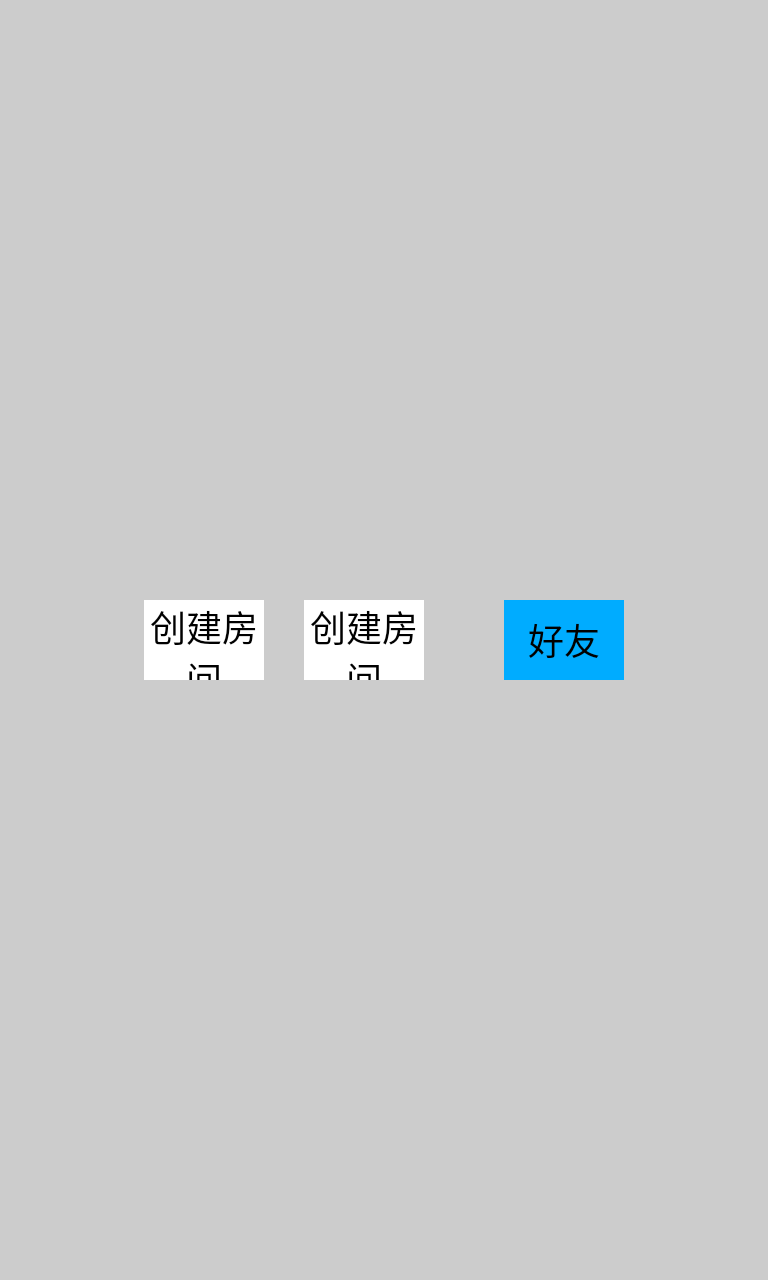
Repository: fanloveoupao/WecharTest
Layout: TestWechar/res/layout/addfriedsorroom.xml
These files come from the project's save history. The layout is drawn as it stood at one moment and after the next save; the edit follows.
It is drawn on a 768 x 1280 px phone screen (xhdpi) without system bars, with theme AppTheme; the app's code is not run.

Above is the layout before, as saved 2015-10-08 01:08:33.

### TestWechar/res/layout/addfriedsorroom.xml
<?xml version="1.0" encoding="utf-8"?>
<LinearLayout xmlns:android="http://schemas.android.com/apk/res/android"
    android:layout_width="match_parent"
    android:layout_height="match_parent"
    android:layout_gravity="center"
    android:background="#CCCCCC"
    android:orientation="vertical" >

    <LinearLayout
        android:layout_width="fill_parent"
        android:layout_height="match_parent"
        android:gravity="center"
        android:orientation="horizontal" >

        <Button
            android:id="@+id/create_room"
            android:layout_width="60dp"
            android:layout_height="40dp"
            android:layout_marginRight="20dp"
            android:background="@drawable/button_register_bg"
            android:text="创建房间" />

        <Button
            android:id="@+id/join_room"
            android:layout_width="60dp"
            android:layout_height="40dp"
            android:layout_marginRight="20dp"
            android:background="@drawable/button_register_bg"
            android:text="创建房间" />

        <Button
            android:id="@+id/add_friends"
            android:layout_width="60dp"
            android:layout_height="40dp"
            android:layout_marginLeft="20dp"
            android:background="@drawable/button_login_bg"
            android:text="好友" />
    </LinearLayout>

</LinearLayout>

### TestWechar/res/values/styles.xml
<resources>

    <!--
        Base application theme, dependent on API level. This theme is replaced
        by AppBaseTheme from res/values-vXX/styles.xml on newer devices.











    -->
    <style name="AppBaseTheme" parent="android:Theme.Light">
        <!--
            Theme customizations available in newer API levels can go in
            res/values-vXX/styles.xml, while customizations related to
            backward-compatibility can go here.






        -->
    </style>

    <!-- Application theme. -->
    <style name="AppTheme" parent="AppBaseTheme">
        <!-- All customizations that are NOT specific to a particular API-level can go here. -->
    </style>

    <style name="animationmsg">
        <item name="android:windowEnterAnimation">@anim/msg_enter</item>
        <item name="android:windowExitAnimation">@anim/msg_exit</item>
    </style>

</resources>

### TestWechar/res/values/color.xml
<?xml version="1.0" encoding="utf-8"?>
<resources>

    <color name="white">#ffffffff</color>
    <color name="window_bg">#fff0f3f6</color>
    <color name="title_bg">#ff54acea</color>
    <color name="chat_text">#ff333333</color>
    <color name="common_top_bar_blue">#4ebcd3</color>
    <color name="btn_login_normal">#00acff</color>
    <color name="btn_login_pressed">#46678d</color>
    <color name="btn_logout_normal">#d33f3f</color>
    <color name="btn_logout_pressed">#DA5A4D</color>
    <color name="btn_register_normal">#ffffff</color>
    <color name="btn_register_pressed">#00acff</color>
    <color name="common_bottom_bar_normal_bg">#2d2f31</color>
    <color name="common_bottom_bar_selected_bg">#161718</color>
    <color name="common_botton_bar_blue">#2ea7e0</color>
    <color name="common_bg">#fcfcfc</color>
    <color name="btn_pressed_green_solid">#B6DA53</color>
    <color name="divider_list">#d4d4d4</color>
    <color name="top_bar_normal_bg">#00acff</color>
    <color name="error_item_color">#F6EBE6</color>
    <color name="bottom_bar_normal_bg">#2D2F31</color>
    <color name="bottom_text_color_normal">#ffffff</color>
    <color name="btn_white_normal">#f7f8f8</color>
    <color name="btn_white_pressed">#b5b5b6</color>
    <color name="btn_green_noraml">#68C270</color>
    <color name="btn_green_pressed">#6FCD78</color>
    <color name="btn_gray_normal">#c0c0c0</color>
    <color name="btn_gray_pressed_status">#b5b5b6</color>
    <color name="btn_gray_pressed">#666667</color>
    <color name="btn_blue_normal">#1e90ff</color>
    <color name="btn_blue_pressed">#0066FF</color>
    <color name="orange">#FFA500</color>
    <color name="gray_pressed">#b5b5b6</color>
    <color name="gray_normal">#666667</color>
    <color name="grid_state_pressed">#1Affffff</color>
    <color name="grid_state_focused">#80000000</color>
    <color name="voip_interface_text_color">#bababa</color>
    <color name="black_deep">#FF000000</color>
    <color name="btn_answer_pressed">#4ebcd3</color>
    <color name="btn_answer_normal">#2dafa3</color>

</resources>

Loaded but not shown: TestWechar/res/values-v11/styles.xml (common file); TestWechar/res/values-v14/styles.xml (common file); TestWechar/res/drawable/button_register_bg.xml (common file); TestWechar/res/drawable/button_login_bg.xml (common file)

After the next save:
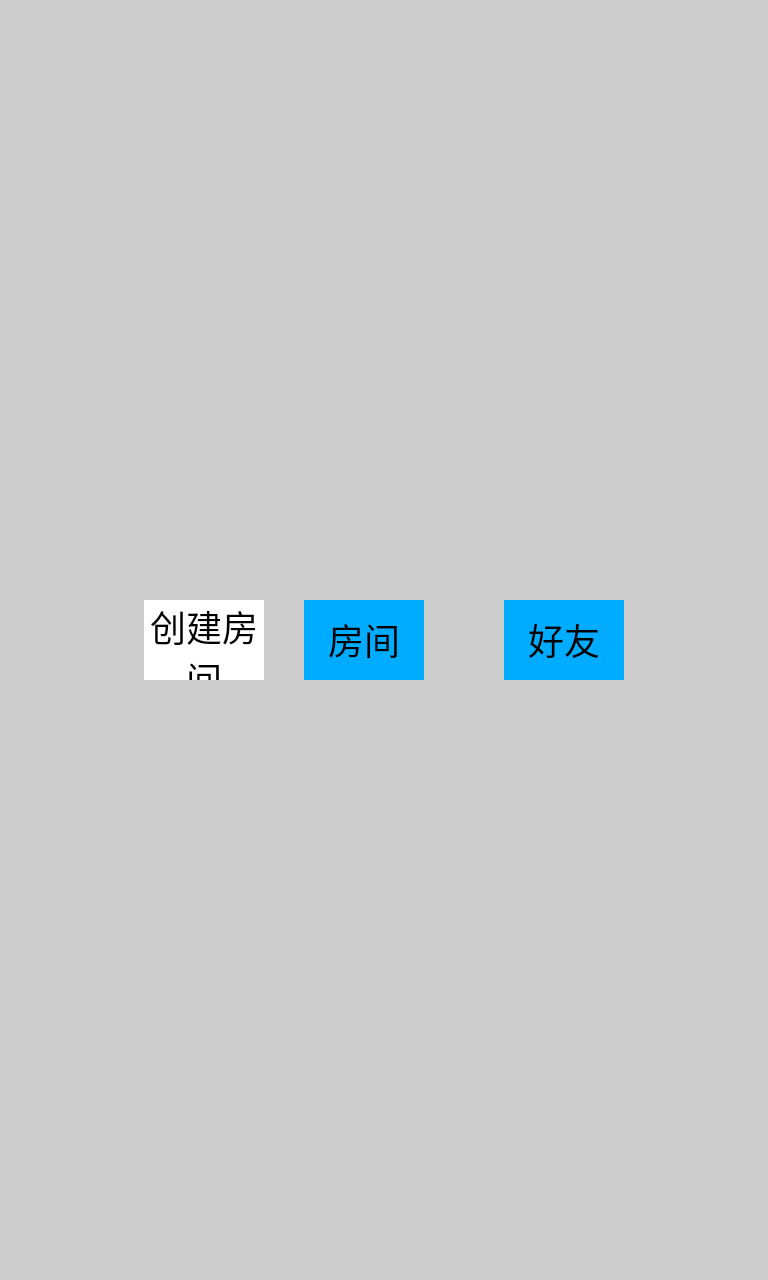
Saved 19 s later.
--- a/TestWechar/res/layout/addfriedsorroom.xml
+++ b/TestWechar/res/layout/addfriedsorroom.xml
@@ -25,8 +25,8 @@
             android:layout_width="60dp"
             android:layout_height="40dp"
             android:layout_marginRight="20dp"
-            android:background="@drawable/button_register_bg"
-            android:text="创建房间" />
+            android:background="@drawable/button_login_bg"
+            android:text="房间" />
 
         <Button
             android:id="@+id/add_friends"
